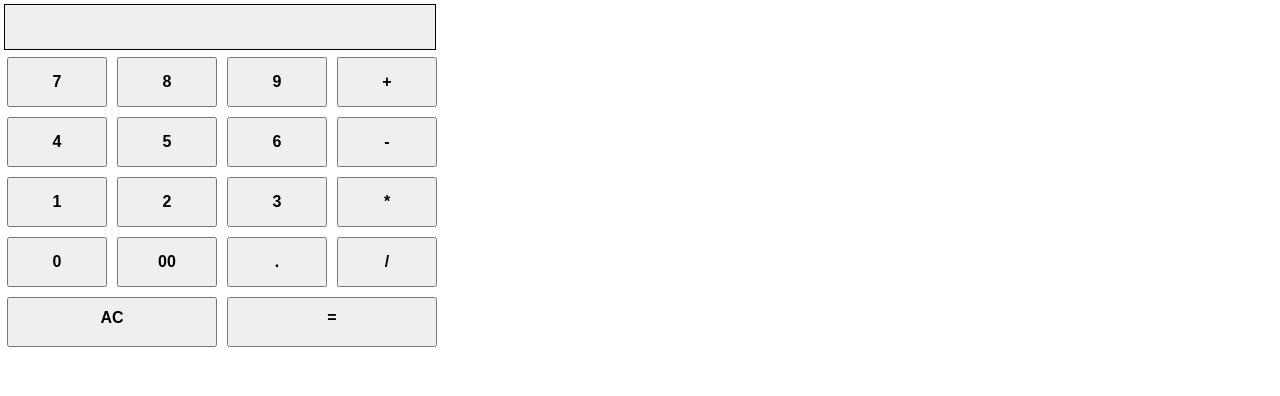
Repository: Kokoro-jp/calculatorApp
Page: index.html
The author's editor kept a record of every edit. The page is drawn from the files as they stood at one moment, then again after the next edit.
The browser window is 1280 px wide. The pictures show the whole page.

Above is the page before.

### index.html
<!DOCTYPE html>
    <html lang="ja">
      <head>
        <meta charset="utf-8">
        <link rel="stylesheet" href="main.css">
        <title>Calculator</title></title>
      </head>

      <body>
        <table>
          <tr>
            <td><div id="display"></div></td>
          </tr>

          <tr>
            <td><button onclick="clickbutton(this)">7</button></td>
            <td><button onclick="clickbutton(this)">8</button></td>
            <td><button onclick="clickbutton(this)">9</button></td>
            <td><button onclick="edit(this)">+</button></td>
          </tr>

          <tr>
            <td><button onclick="clickbutton(this)">4</button></td>
            <td><button onclick="clickbutton(this)">5</button></td>
            <td><button onclick="clickbutton(this)">6</button></td>
            <td><button onclick="edit(this)">-</button></td>
          </tr>

          <tr>
            <td><button onclick="clickbutton(this)">1</button></td>
            <td><button onclick="clickbutton(this)">2</button></td>
            <td><button onclick="clickbutton(this)">3</button></td>
            <td><button onclick="edit(this)">*</button></td>
          </tr>

          <tr>
            <td><button onclick="clickbutton(this)">0</button></td>
            <td><button onclick="clickbutton(this)">00</button></td>
            <td><button onclick="edit(this)">.</button></td>
            <td><button onclick="edit(this)">/</button></td>
          </tr>

          <tr>
            <td><button class="longbutton" onclick="reset(this)">AC</button></td>
            <td><button class="longbutton" onclick="equal(this)">=</button></td>
          </tr>

        </table>



      <script src="main.js"></script>
      </body>



    </html>

### main.css
*{
    margin: 0;
    padding: 0;
}


button{
    width: 100px;
    height: 50px;
    outline: none;
    box-shadow: none;
    margin: 5px;
    font-size: 16px;
    font-weight: bold;
}

#display{
    width: 426px;
    height: 40px;
    margin: 2px;
    background-color: #EEE;
    text-align: right;
    padding: 2px;
    box-shadow: none;
    outline: none;
    font-weight: bold;
    border: solid black 1px;
}


table{
    width:185px;
    table-layout: fixed;
    text-align: center;
}

.longbutton{
    display: flex;
    width: 210px;
    justify-content:center;
    padding-top: 10px;
}

tr{
    display: flex;
}

### main.js
let result = document.getElementById("display");

function equal() {
    result.innerHTML = eval(result.innerHTML);
}

function reset() {
    result.innerHTML ="";
}

function clickbutton(target){
    let input = target.innerHTML;
    if(result.innerHTML == "0" || result.innerHTML == "00") {
        result.innerHTML = input;
    }else{
        result.innerHTML +=input;
    }
}

function edit(target){
    let input = target.innerHTML;

    if(result.innerHTML.slice(-1) == "-") {
        return;
    }else if(result.innerHTML.slice(-1) == "+"){
        return;
    }else if(result.innerHTML.slice(-1) == "*"){
        return;
    }else if(result.innerHTML.slice(-1) == "/"){
        return;
    }else if(result.innerHTML.slice(-1) == "."){
        return;
    }else{
        result.innerHTML += input;
    }
}

After the next edit:
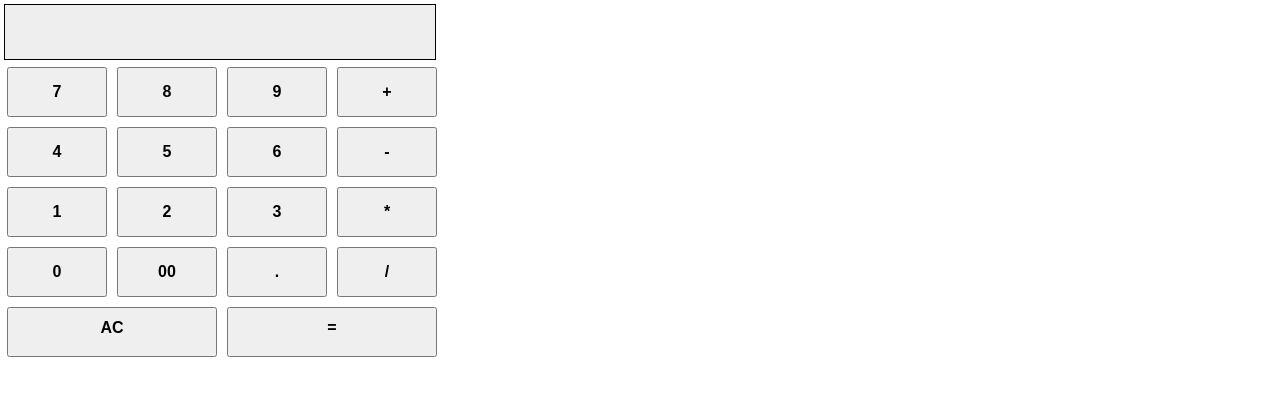
The edit:
--- a/main.css
+++ b/main.css
@@ -16,7 +16,7 @@
 
 #display{
     width: 426px;
-    height: 40px;
+    height: 50px;
     margin: 2px;
     background-color: #EEE;
     text-align: right;
